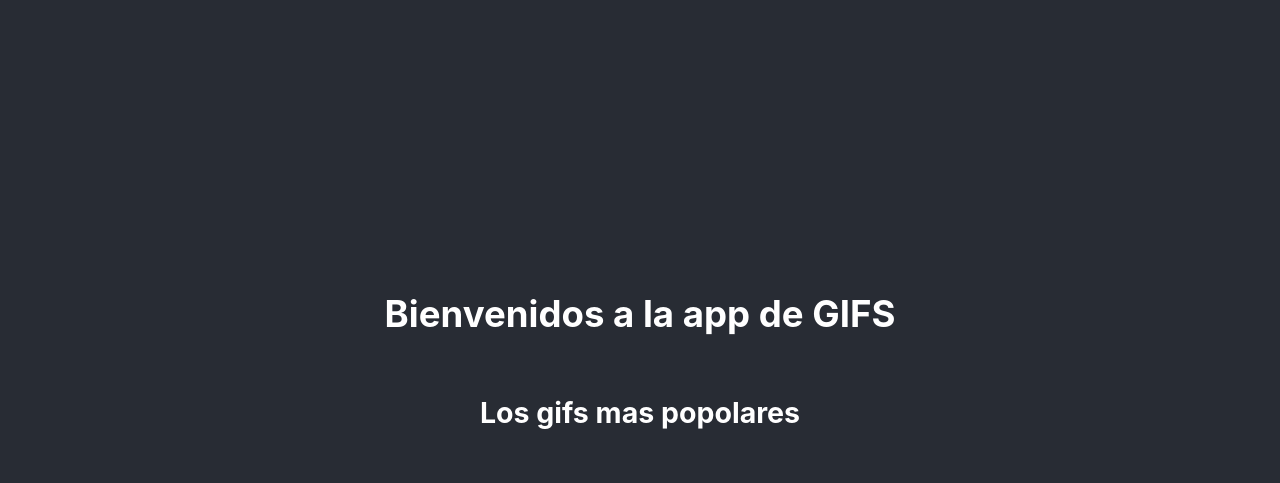
Repository: DamianBermudez94/buscador-gifs
Page: /
These files come from the project's save history. The page is drawn as it stood at one moment and after the next save; the edit follows.
The browser window is 1280 px wide. The pictures show the whole page.
The project was rebuilt for these pictures with package versions that can differ from the ones it lists, and the page was loaded fresh each time. Also part of the build but not shown: src/component/gifs.css, src/component/gif.js, src/api/urlApi.js, src/component/ListOfGifs.js.

Above is the page before, as saved 2022-10-10 17:48:28.

### src/App.js
import React from 'react';
import './App.css';
import ListOfGifs from './component/ListOfGifs';
import Home from './pages/home';
import {Link, Route} from "wouter"


export function App() {
  return (
    <div className="App">
      <section className="App-content">
          <h1>Bienvenidos a la app de GIFS</h1>
          <Route
          component={Home}
          path="/"
          />

          <Route
            component={ListOfGifs}
            path="/gif/:keyword"/>



      </section>
    </div>
  );
}

export default App;

### src/App.css
.App {
  text-align: center;
}



.App-content {
  background-color: #282c34;
  min-height: 100vh;
  display: flex;
  flex-direction: column;
  align-items: center;
  justify-content: center;
  font-size: calc(10px + 2vmin);
  color: white;
}

### src/pages/home/index.js
import React from "react";
import {Link} from "wouter";

const POPULAR_GIFS = ["Matrix", "Messi","Code","Gamming"];

export default function Home(){
    return (
        <div>
            <h3 className="App-title">Los gifs mas popolares</h3>
            <ul>
                {POPULAR_GIFS.map((popularesGifs)=>{
                    <li key={popularesGifs}>
                        <Link to={`/search/${popularesGifs}`}>Gifs de {popularesGifs}</Link>
                    </li>
                })}
            </ul>
        </div>
    )
}

Loaded but not shown: public/index.html (common file); src/index.js (common file); src/index.css (common file); src/reportWebVitals.js (common file)

After the next save:
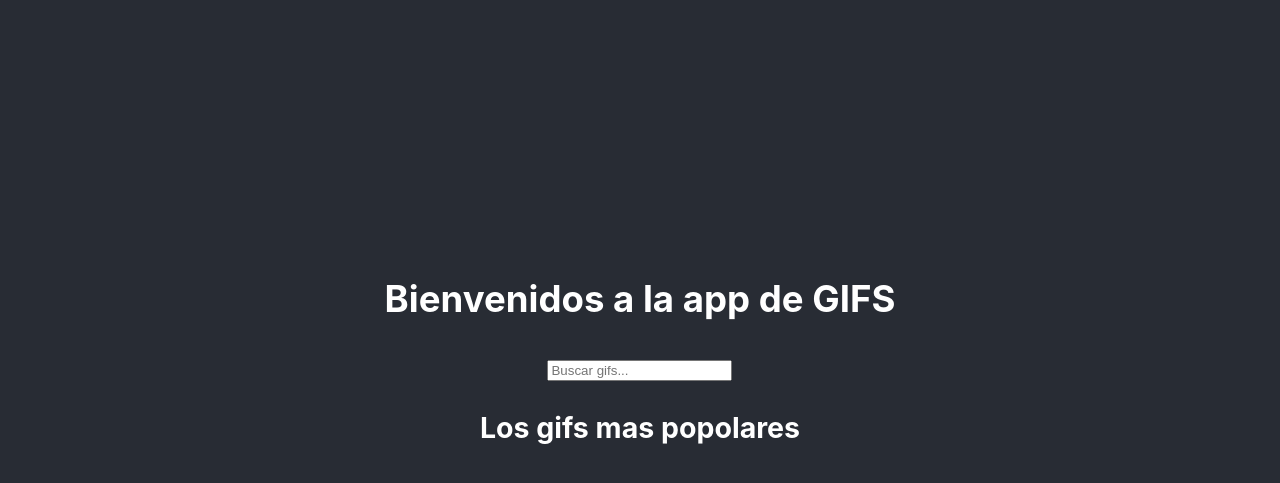
Saved 16 min 2 s later.
--- a/src/pages/home/index.js
+++ b/src/pages/home/index.js
@@ -1,11 +1,25 @@
-import React from "react";
-import {Link} from "wouter";
+import React, {useState} from "react";
+import {Link, useLocation} from "wouter";
 
 const POPULAR_GIFS = ["Matrix", "Messi","Code","Gamming"];
 
+
 export default function Home(){
+    const [keyword, setKeyword] = useState('');
+    const [path, pushLocation] = useLocation();
+    const handleSubmit = envet =>{
+        envet.preventDefault();
+        // navegar a otra ruta
+        pushLocation(`/search/${keyword}`)
+    }
+    const handleChanche = event =>{
+        setKeyword(event.target.value);
+    }
     return (
         <div>
+            <form onSubmit={handleSubmit}>
+                <input placeholder="Buscar gifs..." onChange={handleChanche} ></input>
+            </form>
             <h3 className="App-title">Los gifs mas popolares</h3>
             <ul>
                 {POPULAR_GIFS.map((popularesGifs)=>{
